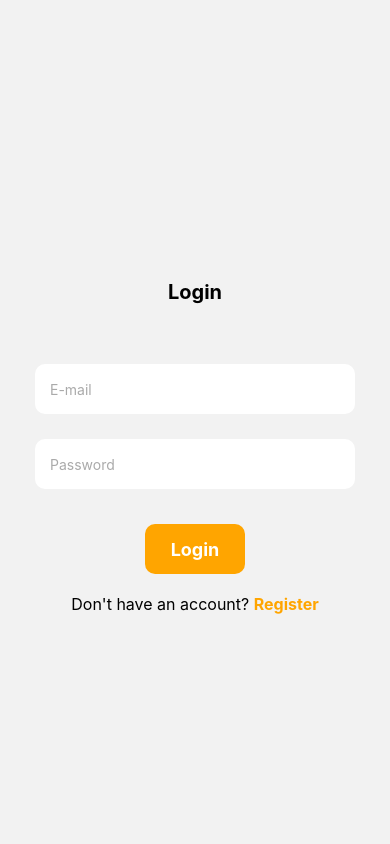
Repository: ds-mbappe/UpShoCal
Screen: /
An editor plug-in stored every save of this project. The screen is shown before and after the next save, followed by the edit.
The app was drawn by React Native's web renderer in a window 390 px wide. The project was rebuilt for these pictures with package versions that can differ from the ones it lists, and the page was loaded fresh each time. Also part of the build but not shown: data.js, Screens/Home.js, Screens/Product.js, Screens/Registration.js.

Above is the screen before, as saved 2022-06-07 13:52:04.

After the next save:
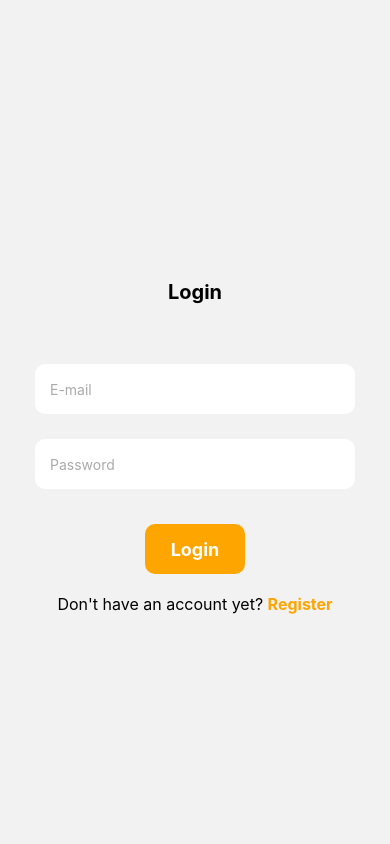
Saved 118 s later.
--- a/Screens/Login.js
+++ b/Screens/Login.js
@@ -59,7 +59,7 @@ const Login = ({ navigation }) => {
         </TouchableOpacity>
         <View style={styles.footerView}>
           <Text style={styles.footerText}>
-            Don't have an account?{" "}
+            Don't have an account yet?{" "}
             <Text style={styles.footerLink} onPress={onFooterLinkPress}>
               Register
             </Text>
